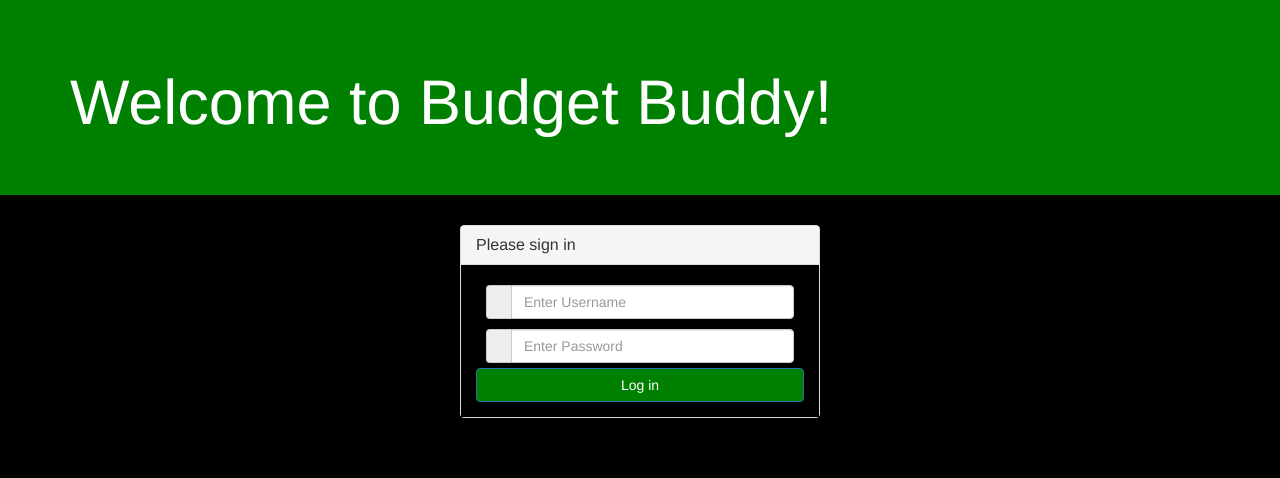
Repository: jdfost1/BudgetBuddy
Page: http://localhost/budgetbuddy/login
The author's editor kept a copy of each file at every save. The page is drawn from the files as they stood at one save, then again after the next save.
The browser window is 1280 px wide. The pictures show the whole page.
Some web libraries are served in a nearby version. The page is served by Tomcat 9.

Above is the page before, as saved 2018-10-09 06:45:59.

After the next save:
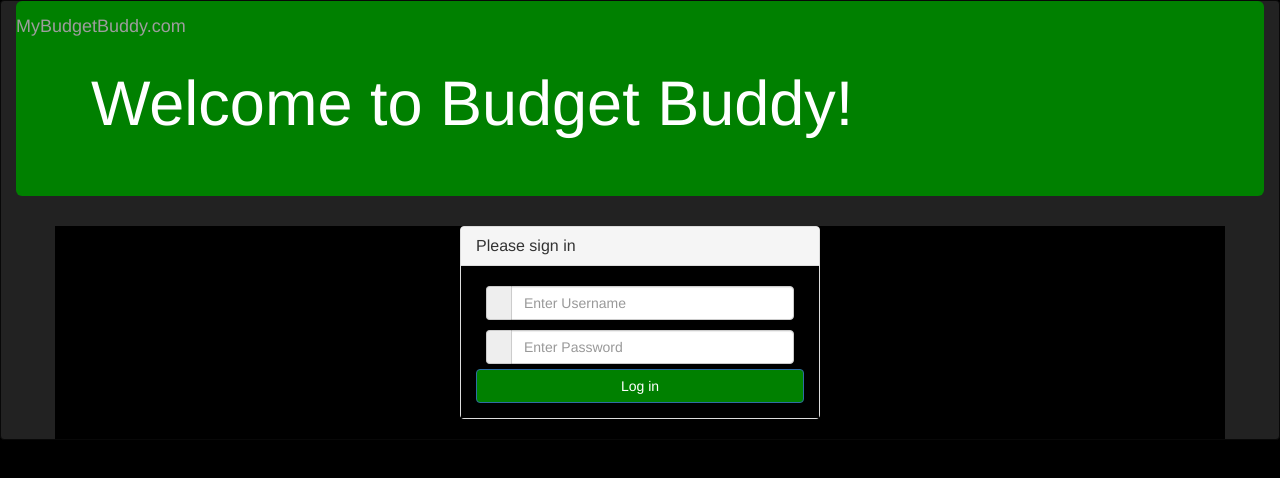
Saved 68 s later.
--- a/budgetbuddy/src/main/webapp/WEB-INF/jsp/login.jsp
+++ b/budgetbuddy/src/main/webapp/WEB-INF/jsp/login.jsp
@@ -36,6 +36,11 @@ background-color:green;}
 <title>Budget Buddy Login</title>
 </head>
 <body id="body">
+  <nav class="navbar navbar-inverse">
+  <div class="container-fluid">
+    <div class="navbar-header">
+      <a class="navbar-brand" href="welcome.html">MyBudgetBuddy.com</a>
+    </div>
    <section>
       <div id="jumbo"class="jumbotron">
          <div id="head1"class="container">
